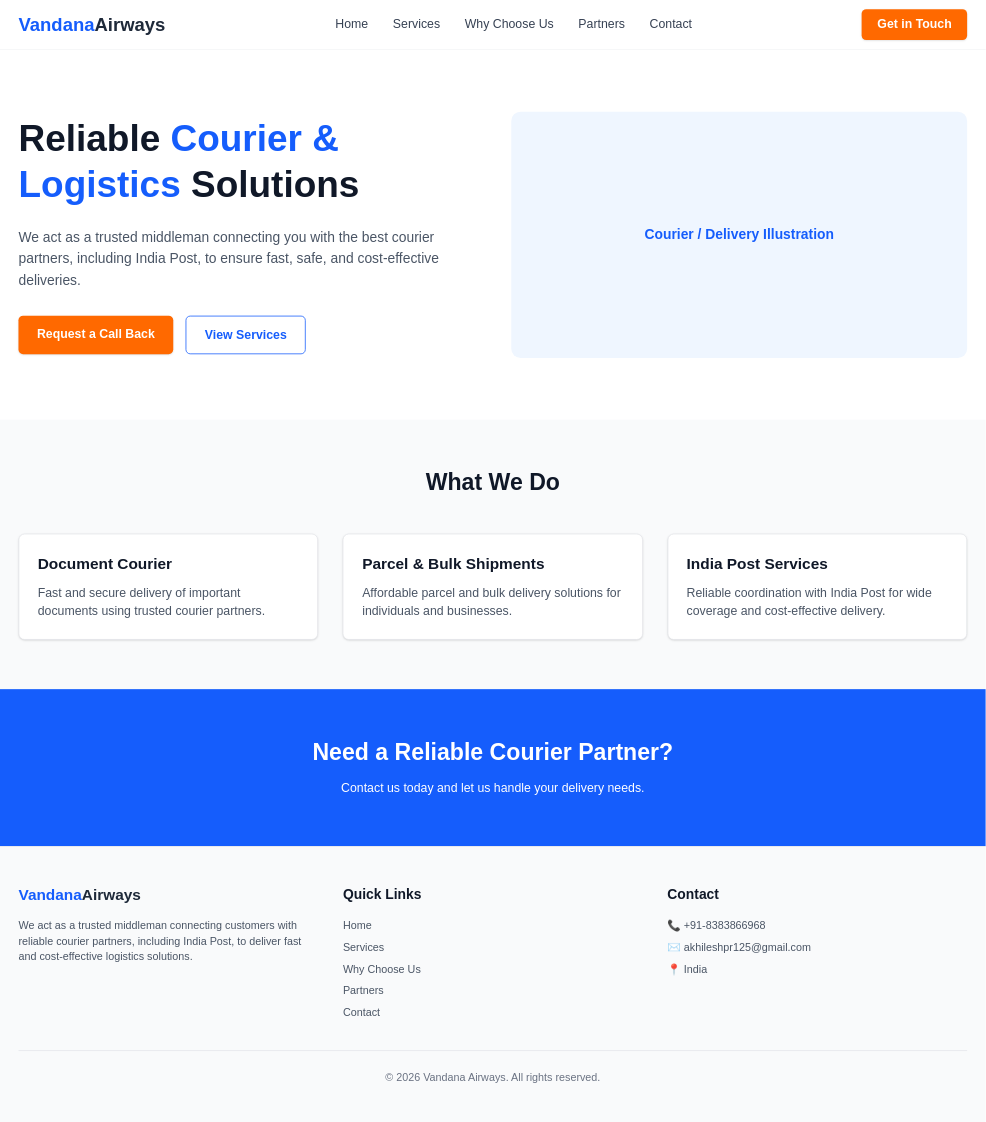
Repository: Rohit-foryou/Courier-Portfolio
Page: /
An editor plug-in stored every save of this project. The page is shown before and after the next save, followed by the edit.
The browser window is 1280 px wide. The pictures show the whole page, at 77% of full size.
The project was rebuilt for these pictures with package versions that can differ from the ones it lists, and the page was loaded fresh each time. The framework's server and built-in components were replaced by stand-ins that run in the browser. Also part of the build but not shown: next.config.ts.

Above is the page before, as saved 2026-02-07 16:44:04.

After the next save:
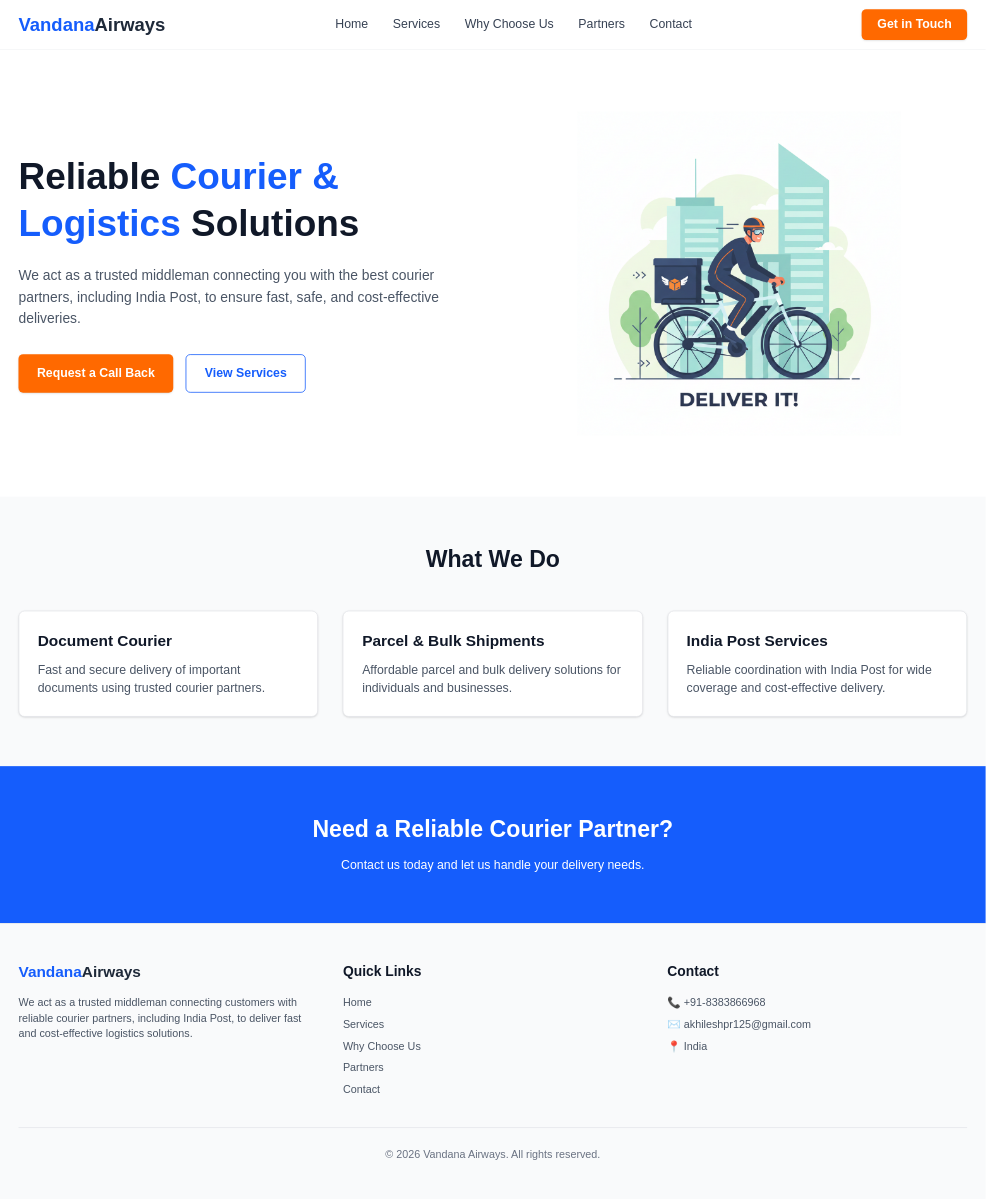
Saved 80 s later.
--- a/components/HeroSection.tsx
+++ b/components/HeroSection.tsx
@@ -1,10 +1,10 @@
 import Link from "next/link";
+import Image from "next/image";
 
 export default function HeroSection() {
   return (
     <section className="bg-white">
       <div className="max-w-7xl mx-auto px-6 py-20 grid grid-cols-1 md:grid-cols-2 gap-12 items-center">
-
         {/* Left Content */}
         <div>
           <h1 className="text-4xl md:text-5xl font-bold text-gray-900 leading-tight">
@@ -38,11 +38,15 @@
 
         {/* Right Visual */}
         <div className="flex justify-center">
-          <div className="w-full h-72 md:h-80 bg-blue-50 rounded-xl flex items-center justify-center text-blue-600 font-semibold text-lg">
-            Courier / Delivery Illustration
-          </div>
+          <Image
+            src="/images/courier-illustration.png"
+            alt="Courier and logistics illustration"
+            width={420}
+            height={320}
+            className="object-contain"
+            priority
+          />
         </div>
-
       </div>
     </section>
   );
